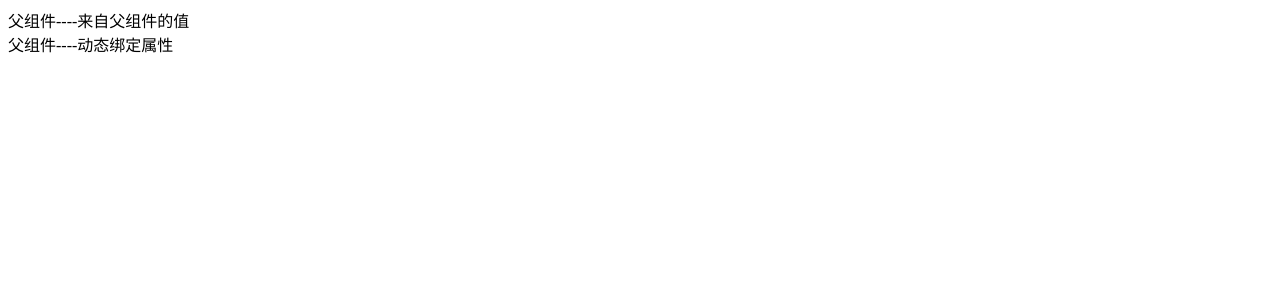
Repository: chenguocan/Vue_component
Page: 组件间数据交互.html
An editor plug-in stored every save of this project. The page is shown before and after the next save, followed by the edit.
The browser window is 1280 px wide. The pictures show the whole page.

Above is the page before, as saved 2020-07-23 10:08:05.

After the next save:
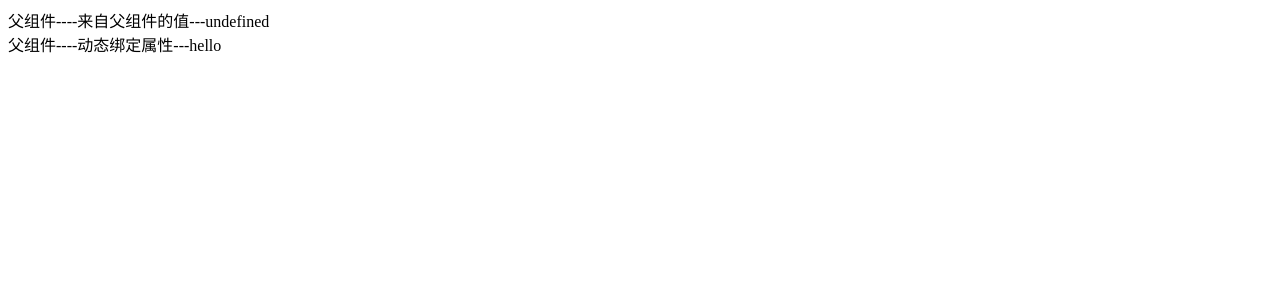
Saved 29 min 53 s later.
--- a/组件间数据交互.html
+++ b/组件间数据交互.html
@@ -8,19 +8,19 @@
   <body>
     <div id="app">
       <menu-item title="来自父组件的值"></menu-item>
-      <menu-item v-bind:title="ptitle"></menu-item>
+      <menu-item v-bind:title="ptitle" content="hello"></menu-item>
     </div>
   </body>
   <script src="./js/vue.js"></script>
   <script>
     Vue.component("menu-item", {
-      props: ["title"],
+      props: ["title", "content"],
       data: function () {
         return {
           msg: "父组件",
         };
       },
-      template: `<div>{{msg+"----"+title}}</div>`,
+      template: `<div>{{msg+"----"+title+"---"+content}}</div>`,
     });
     let app = new Vue({
       el: "#app",
